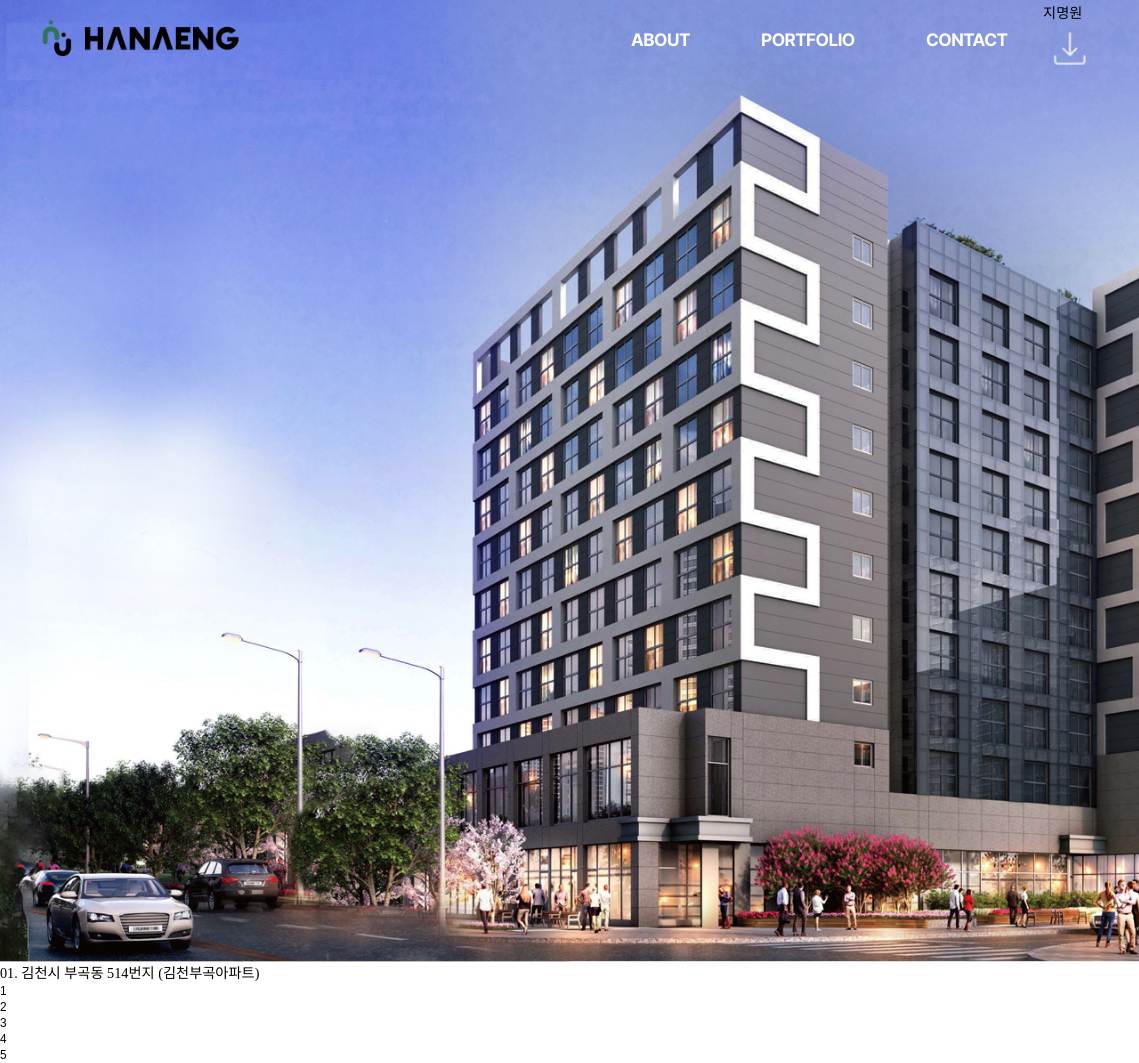
Repository: makeditWeb/hanaenc
Page: main.html
These files come from the project's save history. The page is drawn as it stood at one moment and after the next save; the edit follows.
The browser window is 1280 px wide. The pictures show the whole page, at 89% of full size.
Some web libraries are served in a nearby version.

Above is the page before, as saved 2023-07-05 17:42:10.

### main.html
<!DOCTYPE html>
<html lang="en">
<head>
    <meta charset="UTF-8">
    <meta name="viewport" content="width=device-width, initial-scale=1.0">
    <title>Document</title>

    <link rel="stylesheet" href="./css/style.css">

    <link rel="stylesheet" type="text/css" href="//cdn.jsdelivr.net/npm/slick-carousel@1.8.1/slick/slick.css"/>
</head>
<body>
    <header id="nav-menu" aria-label="navigation bar">
        <div class="container">
            <div class="nav-start">
                <a class="logo" href="/">
                    <img src="./image/logo_b.png"alt="Logo" />
                </a>

            </div>



            <div class="nav-end">
                <nav class="menu">
                    <ul class="menu-bar">
                        <li>
                            <button class="nav-link dropdown-btn" data-dropdown="dropdown1" aria-haspopup="true"
                                aria-expanded="false" aria-label="discover">
                                ABOUT
                            </button>
                            <div id="dropdown1" class="dropdown">
                                <ul role="menu">
                                    <li>
                                        <span class="dropdown-link-title">Browse Categories</span>
                                    </li>
                                    <li role="menuitem">
                                        <a class="dropdown-link" href="#branding">Branding</a>
                                    </li>
                                    <li role="menuitem">
                                        <a class="dropdown-link" href="#illustrations">Illustration</a>
                                    </li>
                                </ul>
                            </div>
                        </li>
                        <li><a class="nav-link" href="/">PORTFOLIO</a></li>
                        <li><a class="nav-link" href="/">CONTACT</a></li>
                    </ul>
                </nav>
                <div class="download_wrap">
                    <p>지명원</p>
                    <img src="./image/navbar_down_w.png">
                </div>
                <button id="hamburger" aria-label="hamburger" aria-haspopup="true" aria-expanded="false">
                    <i class="bx bx-menu" aria-hidden="true"></i>
                </button>
            </div>
        </div>
    </header>

    <section class="main">
        <div class="main-slide-wrap">
            <div class="main-slide">
                <img src="./image/main_slide1.jpg" alt="slide1">
                <p class="slide_title">01. 김천시 부곡동 514번지 (김천부곡아파트)</p>
            </div>
            <div class="main-slide">
                <img src="./image/main_slide2.jpg" alt="slide1">
                <p class="slide_title">01. 김천시 부곡동 514번지 (김천부곡아파트)</p>
            </div>
            <div class="main-slide">
                <img src="./image/main_slide3.jpg" alt="slide1">
                <p class="slide_title">01. 김천시 부곡동 514번지 (김천부곡아파트)</p>
            </div>
            <div class="main-slide">
                <img src="./image/main_slide4.jpg" alt="slide1">
                <p class="slide_title">01. 김천시 부곡동 514번지 (김천부곡아파트)</p>
            </div>
            <div class="main-slide">
                <img src="./image/main_slide5.jpg" alt="slide1">
                <p class="slide_title">01. 김천시 부곡동 514번지 (김천부곡아파트)</p>
            </div>
        </div>
    </section>
</body>

<script type="text/javascript" src="//code.jquery.com/jquery-1.11.0.min.js"></script>
<script type="text/javascript" src="//cdn.jsdelivr.net/npm/slick-carousel@1.8.1/slick/slick.min.js"></script>
<script src="./js/main.js"></script>

<script>
    $(document).ready(function () {
        $('.main-slide-wrap').slick({
            infinite: true,
            slidesToShow: 1,
            dots: true,
            arrows:false,
        });
    });
</script>
</html>

### css/style.css
* {
    margin: 0;
    padding: 0;
    box-sizing: border-box;
}

:root {
    --dark-grey: #333333;
    --medium-grey: #636363;
    --light-grey: #eeeeee;
    --ash: #f4f4f4;
    --primary-color: #2b72fb;
    --white: white;
    --border: 1px solid var(--light-grey);
    --shadow: rgba(0, 0, 0, 0.05) 0px 6px 24px 0px,
        rgba(0, 0, 0, 0.08) 0px 0px 0px 1px;
}


@font-face {
    font-family: 'Pretendard-Thin';
    src: url('../font/Pretendard-Thin.woff') format('woff'),
        url('../font/Pretendard-Thin.woff2') format('woff2');
    font-weight: 100;
    font-style: normal;
}

@font-face {
    font-family: 'Pretendard-ExtraLight';
    src: url('../font/Pretendard-ExtraLight.woff') format('woff'),
    url('../font/Pretendard-ExtraLight.woff2') format('woff2');
    font-weight: 200;
    font-style: normal;
}

@font-face {
    font-family: 'Pretendard-Light';
    src: url('../font/Pretendard-Light.woff') format('woff'),
    url('../font/Pretendard-Light.woff2') format('woff2');
    font-weight: 300;
    font-style: normal;
}

@font-face {
    font-family: 'Pretendard-Regular';
    src: url('../font/Pretendard-Regular.woff') format('woff'),
    url('../font/Pretendard-Regular.woff2') format('woff2');
    font-weight: 400;
    font-style: normal;
}

@font-face {
    font-family: 'Pretendard-Medium';
    src: url('../font/Pretendard-Medium.woff') format('woff'),
    url('../font/Pretendard-Medium.woff2') format('woff2');
    font-weight: 500;
    font-style: normal;
}

@font-face {
    font-family: 'Pretendard-SemiBold';
    src: url('../font/Pretendard-SemiBold.woff') format('woff'),
    url('../font/Pretendard-SemiBold.woff2') format('woff2');
    font-weight: 600;
    font-style: normal;
}

@font-face {
    font-family: 'Pretendard-Bold';
    src: url('../font/Pretendard-Bold.woff') format('woff'),
    url('../font/Pretendard-Bold.woff2') format('woff2');
    font-weight: 700;
    font-style: normal;
}

@font-face {
    font-family: 'Pretendard-ExtraBold';
    src: url('../font/Pretendard-ExtraBold.woff') format('woff'),
    url('../font/Pretendard-ExtraBold.woff2') format('woff2');
    font-weight: 800;
    font-style: normal;
}

@font-face {
    font-family: 'Pretendard-Black';
    src: url('../font/Pretendard-Black.woff') format('woff'),
    url('../font/Pretendard-Black.woff2') format('woff2');
    font-weight: 800;
    font-style: normal;
}


body {
    font-family: inherit;

}

ul {
    list-style: none;
}

a {
    text-decoration: none;
}

button {
    border: none;
    background-color: transparent;
    cursor: pointer;
    outline: none;
}

.btn {
    display: block;
    text-align: center;
    padding: 0.6rem 1.4rem;
    font-size: 1rem;
    font-weight: 500;
    border-radius: 5px;
}


.logo {
    width: 220px;
    height: auto;
}

.logo img{
    width: 100%;
    height: 100%;
}

#nav-menu {
    background-color: transparent;
    position: fixed;
    top: 0;
    left: 0;
    height: 100px;
    width: 100%;
    z-index: 9;
}

.container {
    display: flex;
    align-items: center;
    justify-content: space-between;
    column-gap: 2rem;
    height: 90px;
    padding: 1.2rem 3rem;
}

.menu {
    position: relative;
}

.menu-bar li{
    position: relative;
}


.menu-bar li:first-child ul:nth-child(1) {
    border-right: var(--border);
}

.menu-bar li:nth-child(n + 2) ul:nth-child(1) {
    border-bottom: var(--border);
}

.menu-bar .dropdown-link-title {
    font-weight: 600;
}

.menu-bar .nav-link {
    font-size: 20px;
    letter-spacing: -0.6px;
    padding: 20px 40px;
    color: #fff;
    font-family: 'Pretendard-Bold';
    box-sizing: border-box;
}


.menu-bar .nav-link:hover,
.dropdown-link:hover {
    color: var(--primary-color);
}

.nav-start,
.nav-end,
.menu-bar,
.right-container,
.right-container .search {
    display: flex;
    align-items: center;
}

.dropdown {
    display: flex;
    flex-direction: column;
    min-width: 230px;
    background-color: var(--white);
    border-radius: 10px;
    position: absolute;
    top: 36px;
    z-index: 1;
    visibility: hidden;
    opacity: 0;
    transform: scale(0.97) translateX(-5px);
    transition: 0.1s ease-in-out;
    box-shadow: var(--shadow);
}

.dropdown.active {
    visibility: visible;
    opacity: 1;
    transform: scale(1) translateX(5px);
}

.dropdown ul {
    display: flex;
    flex-direction: column;
    gap: 0.5rem;
    padding: 1.2rem;
    font-size: 0.95rem;
}

.dropdown-btn {
    display: flex;
    align-items: center;
    justify-content: space-between;
    gap: 0.15rem;
}

.dropdown-link {
    display: flex;
    gap: 0.5rem;
    padding: 0.5rem 0;
    border-radius: 7px;
    transition: 0.1s ease-in-out;
}

.dropdown-link p {
    font-size: 0.8rem;
    color: var(--medium-grey);
}

.right-container {
    display: flex;
    align-items: center;
    column-gap: 1rem;
}

.right-container .search {
    position: relative;
}

.right-container img {
    border-radius: 50%;
}

.search input {
    background-color: var(--ash);
    border: none;
    border-radius: 6px;
    padding: 0.7rem;
    padding-left: 2.4rem;
    font-size: 16px;
    width: 100%;
    border: var(--border);
}

.search .bx-search {
    position: absolute;
    left: 10px;
    top: 50%;
    font-size: 1.3rem;
    transform: translateY(-50%);
    opacity: 0.6;
}

#hamburger {
    display: none;
    padding: 0.1rem;
    margin-left: 1rem;
    font-size: 1.9rem;
}

@media (max-width: 1100px) {
    #hamburger {
        display: block;
    }

    .container {
        padding: 1.2rem;
    }

    .menu {
        display: none;
        position: absolute;
        top: 87px;
        left: 0;
        min-height: 100vh;
        width: 100vw;
    }

    .menu-bar li:first-child ul:nth-child(1) {
        border-right: none;
        border-bottom: var(--border);
    }

    .dropdown {
        display: none;
        min-width: 100%;
        border: none !important;
        border-radius: 5px;
        position: static;
        top: 0;
        left: 0;
        visibility: visible;
        opacity: 1;
        transform: none;
        box-shadow: none;
    }

    .menu.show,
    .dropdown.active {
        display: block;
    }

    .dropdown ul {
        padding-left: 0.3rem;
    }

    .menu-bar {
        display: flex;
        flex-direction: column;
        align-items: stretch;
        row-gap: 1rem;
        padding: 1rem;
    }

    .menu-bar .nav-link {
        display: flex;
        justify-content: space-between;
        width: 100%;
        font-weight: 600;
        font-size: 1.2rem;
        margin: 0;
    }

    .menu-bar li:first-child .dropdown {
        min-width: 100%;
    }

    .menu-bar>li:not(:last-child) {
        padding-bottom: 0.5rem;
        border-bottom: var(--border);
    }
}

@media (max-width: 600px) {
    .right-container {
        display: none;
    }
}

### js/main.js


// main

const dropdownBtn = document.querySelectorAll(".dropdown-btn");
const dropdown = document.querySelectorAll(".dropdown");
const hamburgerBtn = document.getElementById("hamburger");
const navMenu = document.querySelector(".menu");
const links = document.querySelectorAll(".dropdown a");

function setAriaExpandedFalse() {
  dropdownBtn.forEach((btn) => btn.setAttribute("aria-expanded", "false"));
}

function closeDropdownMenu() {
  dropdown.forEach((drop) => {
    drop.classList.remove("active");
    drop.addEventListener("click", (e) => e.stopPropagation());
  });
}

function toggleHamburger() {
  navMenu.classList.toggle("show");
}

dropdownBtn.forEach((btn) => {
  btn.addEventListener("click", function (e) {
    const dropdownIndex = e.currentTarget.dataset.dropdown;
    const dropdownElement = document.getElementById(dropdownIndex);

    dropdownElement.classList.toggle("active");
    dropdown.forEach((drop) => {
      if (drop.id !== btn.dataset["dropdown"]) {
        drop.classList.remove("active");
      }
    });
    e.stopPropagation();
    btn.setAttribute(
      "aria-expanded",
      btn.getAttribute("aria-expanded") === "false" ? "true" : "false"
    );
  });
});

// close dropdown menu when the dropdown links are clicked
links.forEach((link) =>
  link.addEventListener("click", () => {
    closeDropdownMenu();
    setAriaExpandedFalse();
    toggleHamburger();
  })
);

// close dropdown menu when you click on the document body
document.documentElement.addEventListener("click", () => {
  closeDropdownMenu();
  setAriaExpandedFalse();
});

// close dropdown when the escape key is pressed
document.addEventListener("keydown", (e) => {
  if (e.key === "Escape") {
    closeDropdownMenu();
    setAriaExpandedFalse();
  }
});

// toggle hamburger menu
hamburgerBtn.addEventListener("click", toggleHamburger);

After the next save:
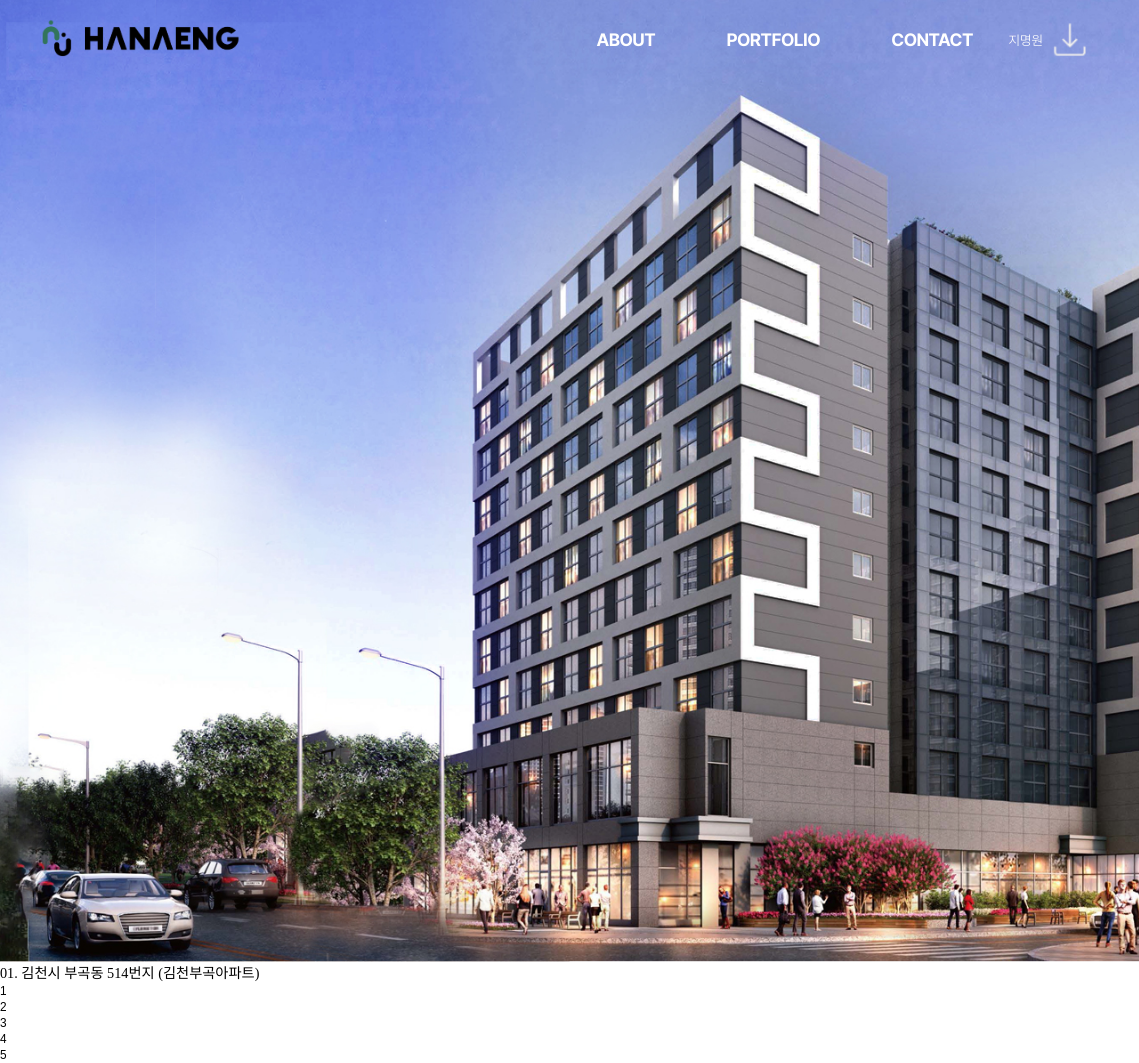
Saved 104 s later.
--- a/css/style.css
+++ b/css/style.css
@@ -285,6 +285,17 @@
     font-size: 1.9rem;
 }
 
+.download_wrap{
+    display: flex;
+    align-items: center;
+}
+
+.download_wrap p{
+    font-size: 15px;
+    color: #fff;
+    font-family: 'Pretendard-Light';
+}
+
 @media (max-width: 1100px) {
     #hamburger {
         display: block;
